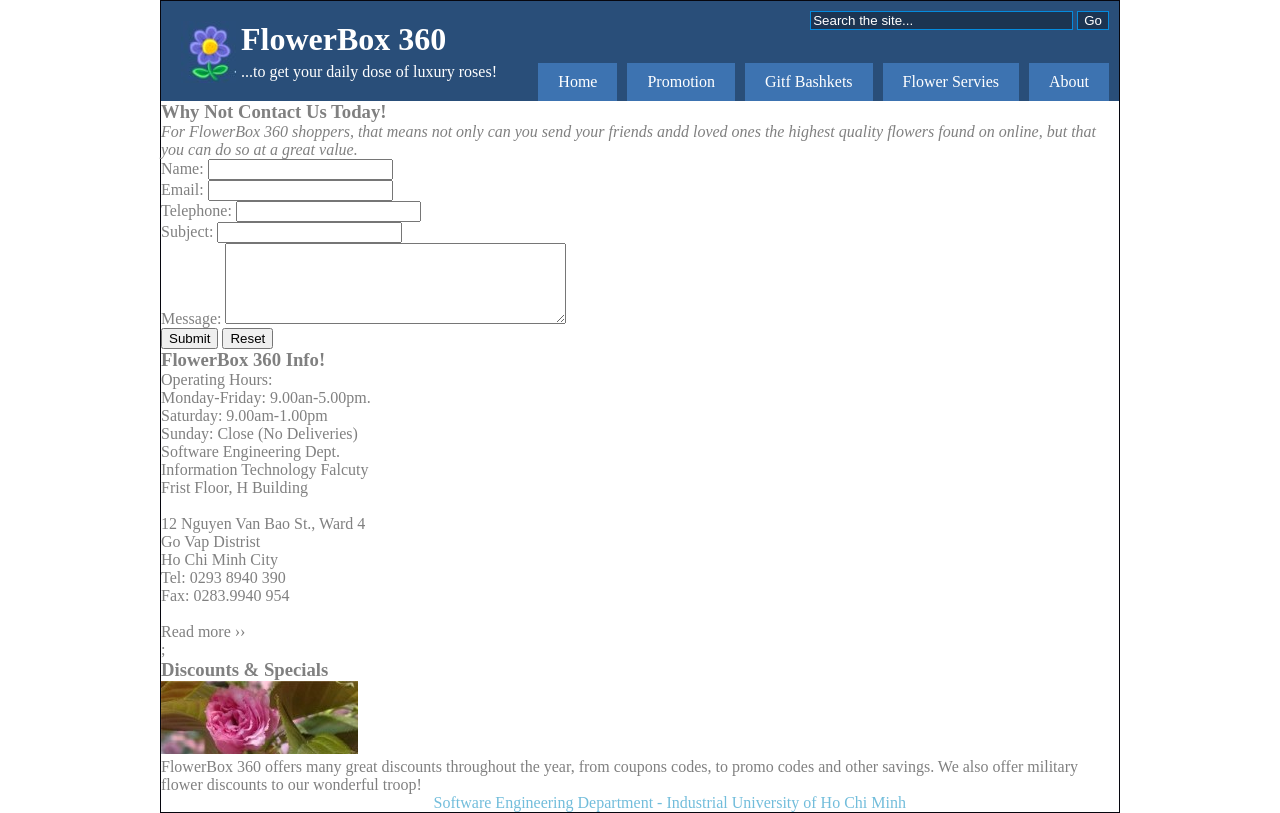
Repository: duongtheng/bai-tap-tuan-6
Page: html/index.html
An editor plug-in stored every save of this project. The page is shown before and after the next save, followed by the edit.
The browser window is 1280 px wide. The pictures show the whole page.

Above is the page before, as saved 2022-03-23 14:04:22.

### html/index.html
<!DOCTYPE html>
<html lang="en">
<head>
    <meta charset="UTF-8">
    <meta http-equiv="X-UA-Compatible" content="IE=edge">
    <meta name="viewport" content="width=device-width, initial-scale=1.0">
    <title>Tuan 06</title>
    <link rel="stylesheet" href="../css/style.css">
</head>
<body>
    <header>
        <img src="../img/logo.jpg" alt="">
        <h1>FlowerBox 360</h1>
        <p>...to get your daily dose of luxury roses!</p>
        <form action="">
            <input type="search" id="txtSearch" placeholder="Search the site..." size="30">
            <button>Go</button>
        </form>
        <ul class="menu-parent">
            <li><a href="">Home</a></li>
            <li><a href="">Promotion</a></li>
            <li><a href="">Gitf Bashkets</a></li>
            <li><a href="">Flower Servies</a>
                <ul class="menu-child">
                    <li><a href="">Flower for Wedding</a></li>
                    <li><a href="">Flower for Conference</a></li>
                </ul>
            </li>
            <li><a href="">About</a></li>
        </ul>
    </header>
    <section>
        <h3>Why Not Contact Us Today!</h3>
        <form action="">
            <p><i>For FlowerBox 360 shoppers, that means not only can you send your friends andd loved ones
                the highest quality flowers found on online, but that you can do so at a great value.
            </i></p>
            <div class="form-row">
                <div class="form-col">
                    <label for="txtName">Name: </label>
                    <input type="text" id="txtName">
                </div>
                <div class="form-col">
                    <label for="txtEmail">Email: </label>
                    <input type="email" id="txtEmail">
                </div>
            </div>
            <div class="form-row">
                <div class="form-col">
                    <label for="txtName">Telephone: </label>
                    <input type="text" id="txtName">
                </div>
                <div class="form-col">
                    <label for="txtEmail">Subject: </label>
                    <input type="email" id="txtEmail">
                </div>
            </div>
            <div class="form-row">
                <label for="txtMessage">Message: </label>
                <textarea id="txtMessage" cols="40" rows="5"></textarea>
            </div>
            <div class="form-row">
                <button type="submit">Submit </button>
                <button type="reset">Reset </button>
            </div>
        </form>

    <div id="section-right">
        <h3>FlowerBox 360 Info!</h3>
        <p>
            Operating Hours: <br> Monday-Friday: 9.00an-5.00pm. <br> Saturday: 9.00am-1.00pm <br> Sunday: Close (No Deliveries) <br>
        </p>
        <p>
            Software Engineering Dept. <br> Information Technology Falcuty <br> Frist Floor, H Building <br><br>
        </p>
        <p>
            12 Nguyen Van Bao St., Ward 4 <br> Go Vap Distrist <br> Ho Chi Minh City <br> Tel: 0293 8940 390 <br> Fax: 0283.9940 954
        </p>
        <br>
        <p>Read more &#155;&#155;</p>;
    </div>
    </section>
    <aside>
        <h3>Discounts & Specials</h3>
        <img src="../img/flower.jpg" alt="">
        <p>
            FlowerBox 360 offers many great discounts throughout the year, from coupons codes, to promo codes and other savings.
            We also offer military flower discounts to our wonderful troop!
        </p>
    </aside>
    <footer>
        <p>
            <span style="color: white;">Copyright &copy; 2022 - All Rights Reserved - </span>
            <span style="color: rgb(114, 189, 219);">Software Engineering Department - Industrial University of Ho Chi Minh </span>
        </p>
    </footer>
</body>
</html>

### css/style.css
*{
    margin: 0 auto;
    box-sizing: border-box;
}

body{
    width: 960px;
    border: 1px solid rgb(6, 6, 14);
    color: gray;
}

header{
    height: 100px;
    background-color: #294e79;
    position: relative;
    color: white;
}

header img{
    position: absolute;
    top: 20px;
    left: 20px;
}

header h1{
    position: absolute;
    top: 20px;
    left: 80px;
}

header p{
    position: absolute;
    bottom: 20px;
    left: 80px;
}

header form{
    position: absolute;
    top: 10px;
    right: 10px;
}

.menu-parent{
    position: absolute;
    right: 10px;
    bottom: 0;
    display: flex;
    list-style: none;
}

.menu-parent a{
    color: white;
    padding: 10px 20px;
    display: block;
    text-decoration: none;
    background-color: #3d73b1;
    margin-left: 10px;
}

.menu-parent a:hover{
    color: rgb(63, 63, 139);
}

.menu-child{
    display: none;
}

.menu-parent li:hover .menu-child{
    display: block;
    position: absolute;
    margin-left: -40px;
}

header input,
header button{
    background-color: #1c3451;
    border: 1px solid #058bde;
}

header input::-webkit-input-placeholder,
header button{
    color: white;
}

After the next save:
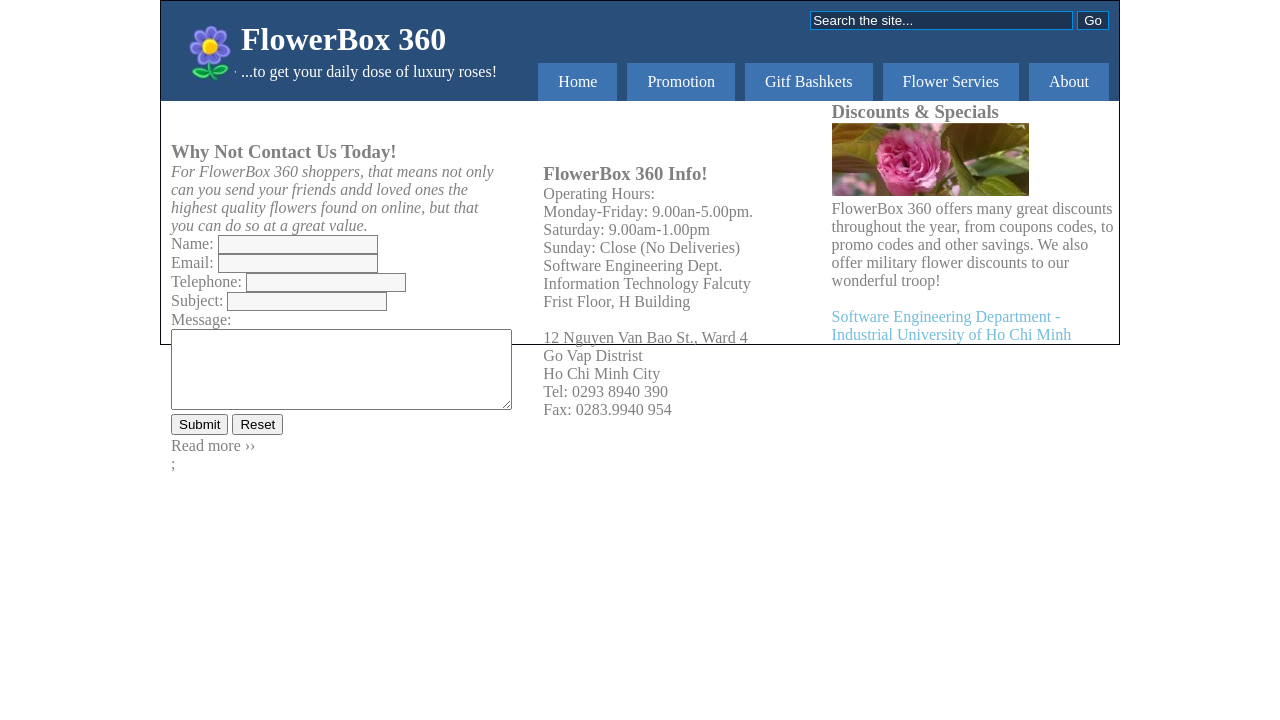
Saved 2 min 15 s later.
--- a/css/style.css
+++ b/css/style.css
@@ -81,3 +81,21 @@ header input::-webkit-input-placeholder,
 header button{
     color: white;
 }
+
+section{
+    width: 70%;
+    float: left;
+    padding: 40px 40px 20px 10px;
+}
+
+section form{
+    width: 60%;
+    float: left;
+    padding-right: 40px;
+}
+
+section input{
+    width: 160px;
+    background-color: #f7f7f7;
+    border: 1px solid gray;
+}
